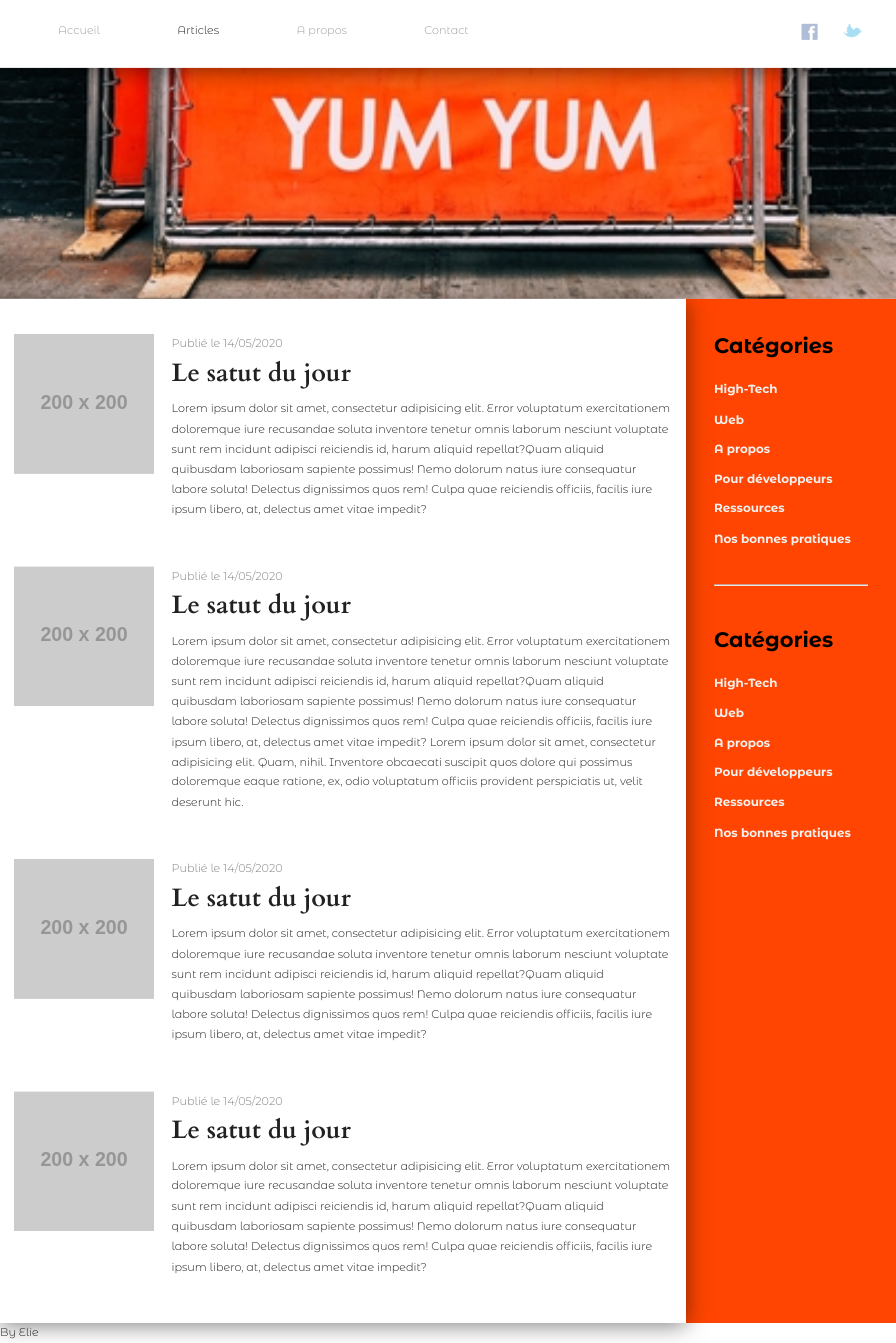
Repository: Elie-Dey/blog-train
Page: index.html
The author's editor kept a copy of each file at every save. The page is drawn from the files as they stood at one save, then again after the next save.
The browser window is 1280 px wide. The pictures show the whole page, at 70% of full size.

Above is the page before, as saved 2020-06-17 16:40:49.

After the next save:
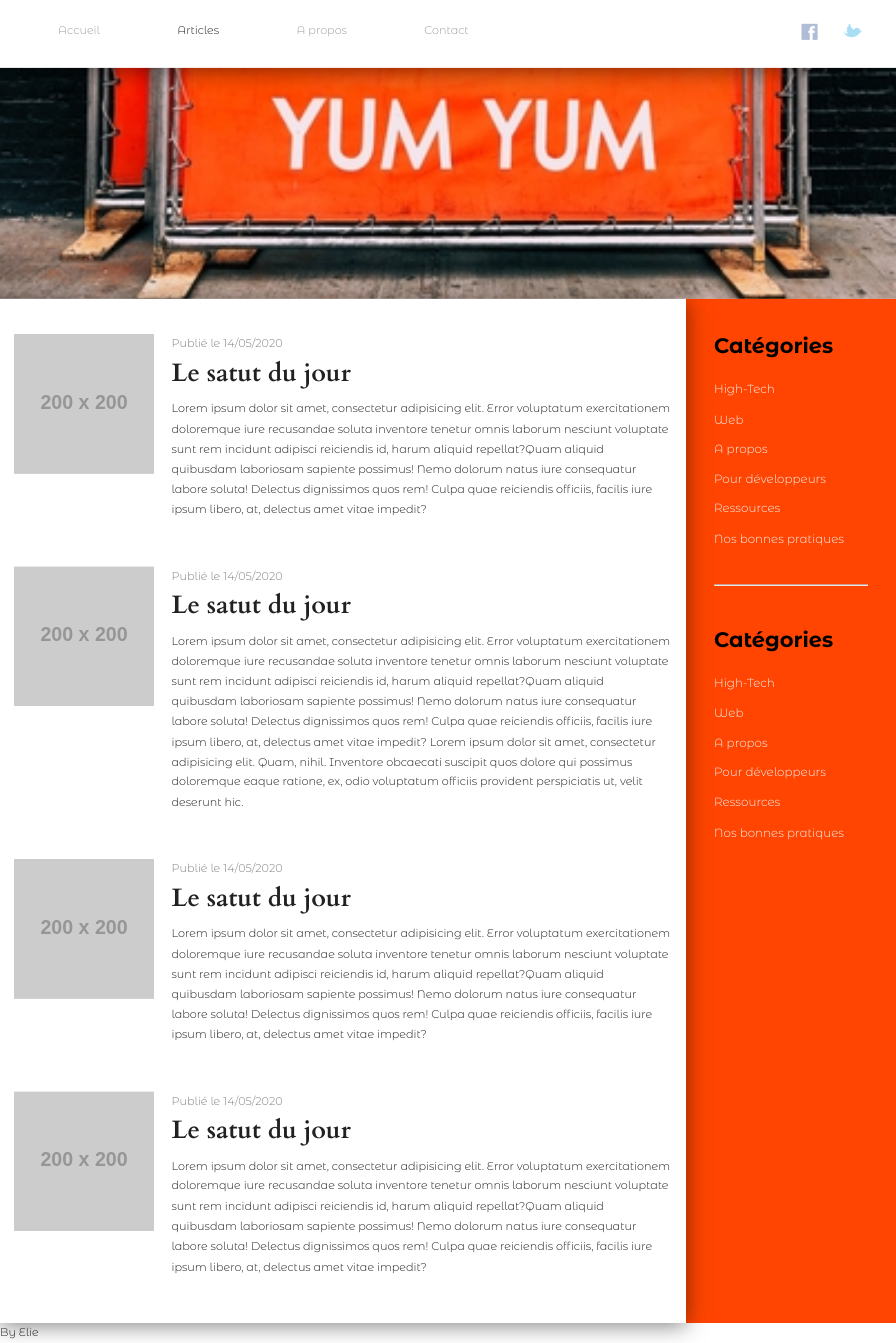
Saved 23 s later.
--- a/style.css
+++ b/style.css
@@ -105,7 +105,7 @@ body, html
 {
     text-decoration: none;
     color: rgb(243, 241, 239);
-    font-weight: 700;
+
 }
 .sidebar ul
 {

After the save that followed:
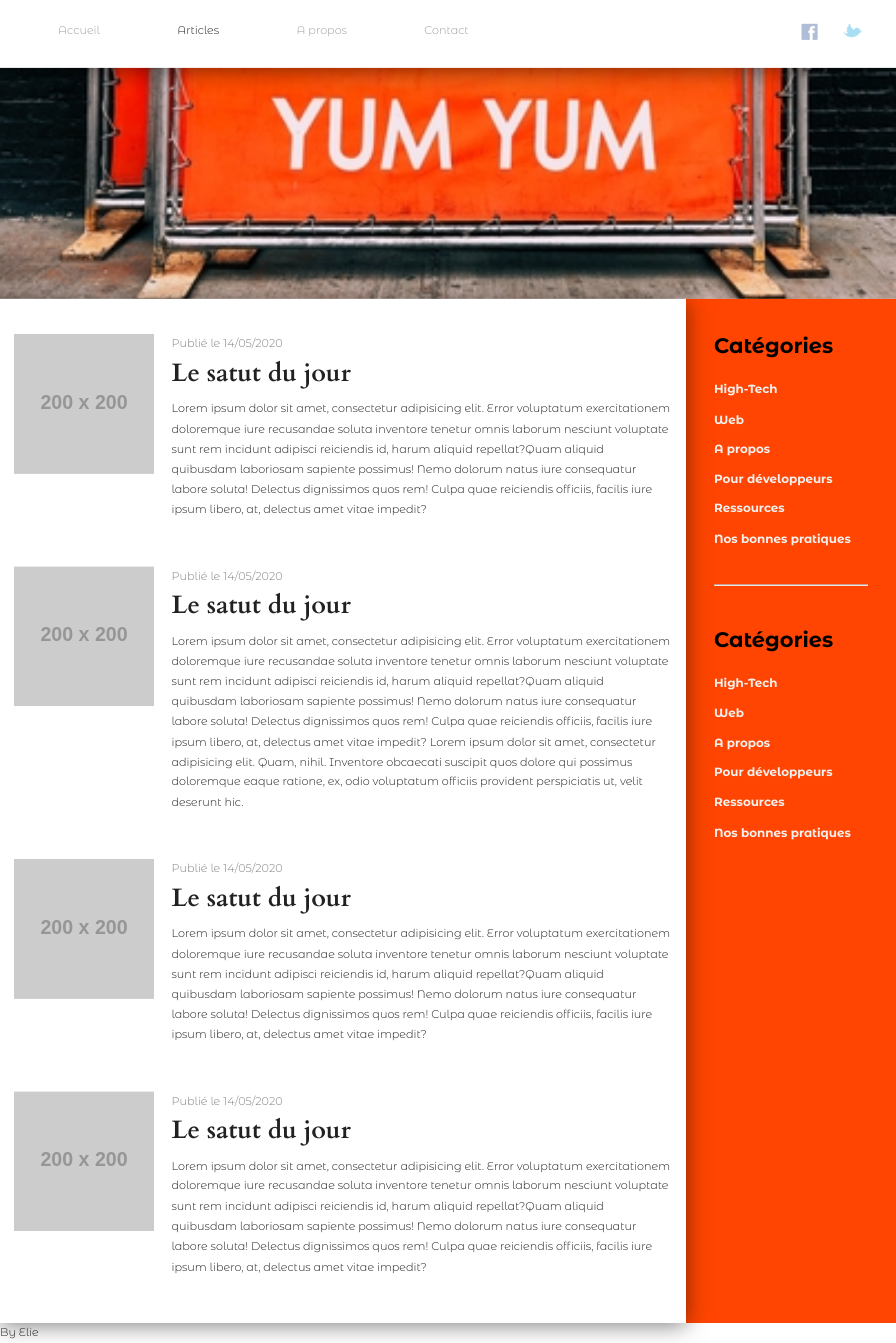
Saved 2 min 23 s later.
--- a/style.css
+++ b/style.css
@@ -92,6 +92,7 @@ body, html
     width: 300px;
     padding: 40px;
     font-size: 17px;
+    font-weight: 700;
     position: relative;
     z-index: 1;
 }
